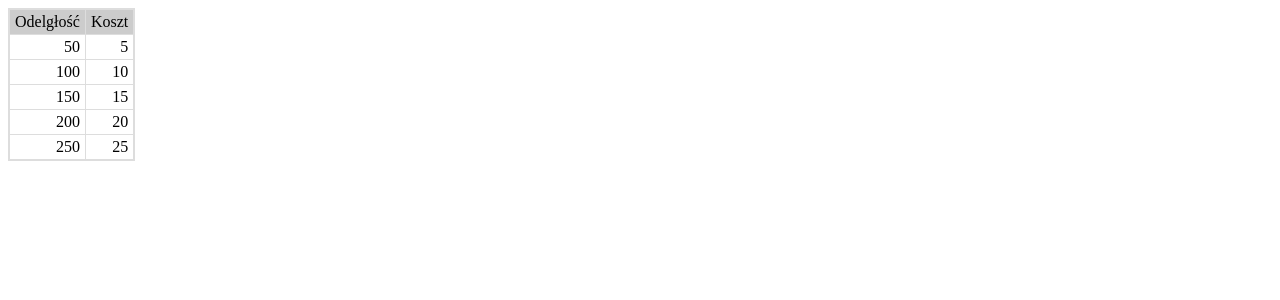
Repository: gabr/workspace
Page: http://localhost/
These files come from the project's save history. The page is drawn as it stood at one moment and after the next save; the edit follows.
The browser window is 1280 px wide. The pictures show the whole page.
The page is run by PHP 8.4 with error messages shown; the project is at /var/www/html/.

Above is the page before, as saved 2013-02-25 16:41:37.

After the next save:
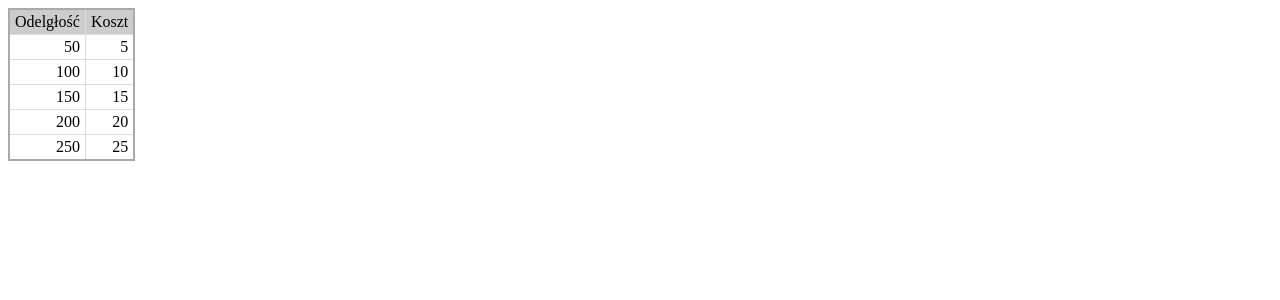
Saved 19 s later.
--- a/php 003 - petle/style.css
+++ b/php 003 - petle/style.css
@@ -1,7 +1,7 @@
 @CHARSET "UTF-8";
 
 table {
-  border: 2px solid #dddddd;
+  border: 2px solid #aaaaaa;
   border-collapse: collapse;
 }
 
